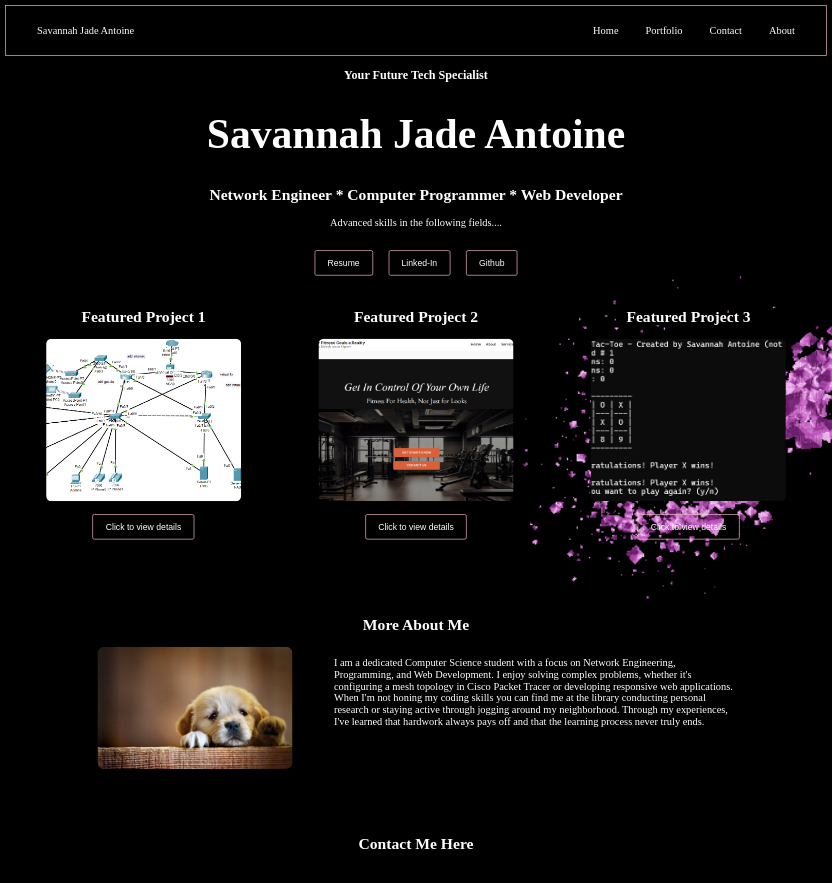
Repository: Savannah-Antoine/Savannah-Antoine
Page: index.html
These files come from the project's save history. The page is drawn as it stood at one moment and after the next save; the edit follows.
The browser window is 1280 px wide. The pictures show the whole page, at 65% of full size.

Above is the page before, as saved 2026-05-15 15:24:31.

### index.html
<!DOCTYPE html>
<html lang="en">
<head>
    <meta charset="UTF-8">
    <meta name="viewport" content="width=device-width, initial-scale=1.0">
    <link rel = "stylesheet" href = "./styles/index.css" />
    <link rel = "stylesheet" href = "./styles/globals.css" />
    <title>Savannah Jade Antoine Portfolio</title>
</head>
<body>
<header>
    <nav>
        <ul class = "homeButton">
           <li><a href = "index.html">Savannah Jade Antoine</a></li>
        </ul>
        <ul class = "navigation">
  <li><a href="index.html">Home</a></li>
  <li><a href="#PortfolioSection">Portfolio</a></li>
  <li><a href="#ContactMe">Contact</a></li>
  <li><a href="#AboutMe">About</a></li>
</ul>

</nav>
<h3>Your Future Tech Specialist</h3>
<h1> Savannah Jade Antoine</h1>
<h2>Network Engineer * Computer Programmer * Web Developer</h2>
<p> Advanced skills in the following fields....</p>
<div class = "infoButtons">
<a href = "Savannah Jade Resume (1).pdf"><button>Resume</button></a>
<a href = "www.linkedin.com/in/savannah-antoine-ab0756390"><button>Linked-In</button></a>
<button>Github</button>
</div>

</header>
<main class = "container">
<section id = "PortfolioSection" class = "project-card">

<h2>Featured Project 1</h2>
<img src = "./assets/images/Project1.png" alt = "First Portfolio placeholder image" />
<p><a href = "./pages/project-name-1.html"><button>Click to view details</button></a>
</section>


<section class = "project-card">
<h2>Featured Project 2</h2>
<img src = "./assets/images/Project2.png" alt = "Second Portfolio placeholder image" />
<p><a href = "./pages/project-name-2.html"><button>Click to view details</button></a>
</section>
<section class = "project-card">
<h2>Featured Project 3</h2>
<img src = "./assets/images/Project3.png" alt = "Third Portfolio placeholder image" />
<p><a href = "./pages/project-name-3.html"><button>Click to view details</button></a>
</section>

<section id = "AboutMe">
<h2>More About Me</h2>
<div  class = "aboutMe"> <img src = "./assets/images/profilepic.jpg" alt = "profile picture" />

<p>I am a dedicated Computer Science student with a focus on Network Engineering, Programming, and Web Development.
I enjoy solving complex problems, whether it's configuring a mesh topology in Cisco Packet Tracer or developing responsive web applications.
When I'm not honing my coding skills you can find me at the library conducting personal research or staying active through jogging around my neighborhood.
Through my experiences, I've learned that hardwork always pays off and that the learning process never truly ends.
</P>
</div>
</section>

<section id = "ContactMe">
<h2>Contact Me Here</h2>

</section>



</main>

</body>
</html>

### styles/index.css
.container{
  display: flex;
    flex-direction: column;
    align-items: center;
    gap: 2rem;
    padding: 1.2rem;

}
#AboutMe{
  text-align: center;
  justify-content: center;


}
.aboutMe{
    display: flex;
    flex-direction: column;      /* Side-by-side */
    align-items: center;
    text-align: left;       /* Vertically centers image and text */
    gap: 2rem;
}


.navigation {
    display: grid;
    grid-template-columns: repeat(2, 1fr);
    gap: 0.6rem;
    text-align: right;
}


body h1{
    font-size: 2.5rem;

}

img{
    width: 100%;
    max-width: 400px;
    height: auto;
}

@media screen and (min-width: 768px)
{




    #AboutMe img {
        width: 300px;
        border-radius: 10px;
    }
   body h1 {
        font-size: 4rem;
    }
    .container {
        flex-direction: row;
        flex-wrap: wrap;
        align-items: flex-start;
        justify-content: space-around;
    }
    .project-card {
        width: 30%;
        width:300px;
        min-width: 250px;
        text-align: center;
    }
    .project-card img{
       width: 100%;
    height: 250px;
    object-fit: cover;
    object-position: top;
    border-radius: 0.5rem;


    }


    .navigation{
        display:flex;
    }

}


@media screen and (min-width: 1000px)
{
    .container {
        margin: 0 auto;
    }
    .aboutMe {
        flex-direction: row;
        justify-content: center;
        align-items: flex-start;
        text-align: left;
        gap: 4rem;

    }
    #AboutMe
    {
        padding: 50px 10%;
        text-align: center;
        align-items:center;
        justify-content: center;
      max-width: 1000px;
    }

}

### styles/globals.css
body {
    background-color: black;
  background-image: url(/assets/images/background-pic.gif);
  background-repeat: no-repeat;
  background-size: cover;
  color: white;
  font-size: 1rem;
  text-align: center;
}



.homeButton{
  order: -1;
  list-style-type: none;
  margin: 0;
  padding: 0;
  display: flex;
  justify-content: left;

}


nav {
    display: flex;
    justify-content: space-between;
    align-items: center;
    padding: 1rem 2rem;

    border: 0.1rem solid pink;
    cursor: pointer;


}



nav ul {
    display: flex;
    list-style: none;
    gap: 1rem;
    margin: 0;
    padding: 0;
}
button {
    padding: 0.7rem 1.2rem;
    background-color: transparent;
    color: white;
    border: 0.1rem solid pink;
    cursor: pointer;
    transition: all 0.3s ease;
    border-radius: 0.2rem;
    gap: 1rem;
}
button:hover {
    background-color: pink;
    color: rgb(31, 1, 31);
    transform: translateY(-3px);
    box-shadow: 0 0.3rem 1rem rgba(255, 255, 255, 0.3);
}

.infoButtons {
    display: flex;
    justify-content: center;
    gap: 1.5rem;
    margin-top: 1.4rem;
    min-width: 100px;
    padding: 0.7rem 0.9rem;
}

li a {
  display: block;
  color: white;
  padding: 0.8rem 1rem;
  text-decoration: none;
}

ul li a:hover {
 background-color: pink;
  color: rgb(31, 1, 31);
  box-shadow: 0 0.5rem 0.9rem rgba(255, 255, 255, 0.3)
}

h1{

  font-size: 4rem;
}

After the next save:
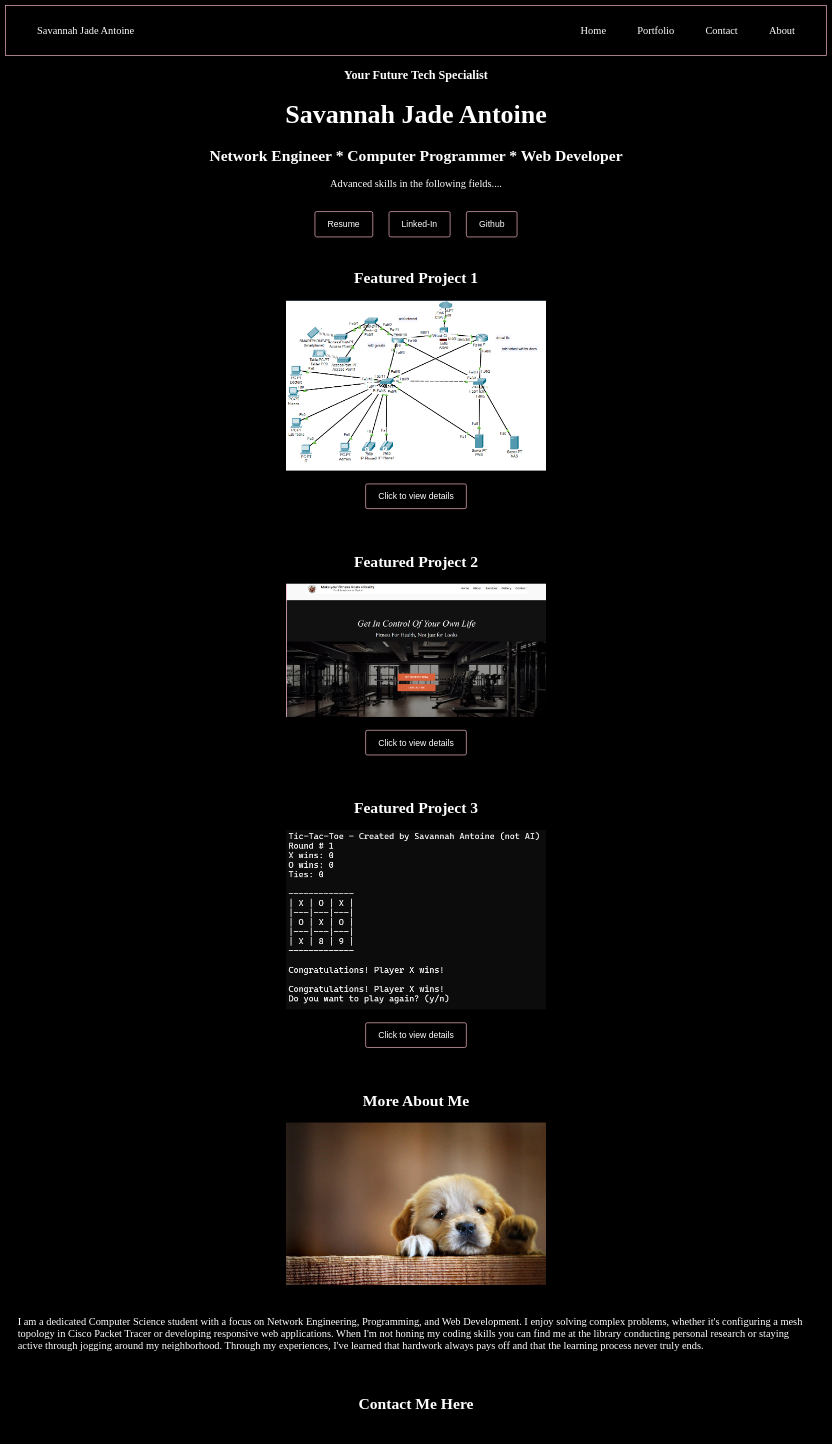
Saved 2 min 58 s later.
--- a/styles/index.css
+++ b/styles/index.css
@@ -21,12 +21,7 @@
 }
 
 
-.navigation {
-    display: grid;
-    grid-template-columns: repeat(2, 1fr);
-    gap: 0.6rem;
-    text-align: right;
-}
+
 
 
 body h1{
@@ -39,70 +34,3 @@ img{
     max-width: 400px;
     height: auto;
 }
-
-@media screen and (min-width: 768px)
-{
-
-
-
-
-    #AboutMe img {
-        width: 300px;
-        border-radius: 10px;
-    }
-   body h1 {
-        font-size: 4rem;
-    }
-    .container {
-        flex-direction: row;
-        flex-wrap: wrap;
-        align-items: flex-start;
-        justify-content: space-around;
-    }
-    .project-card {
-        width: 30%;
-        width:300px;
-        min-width: 250px;
-        text-align: center;
-    }
-    .project-card img{
-       width: 100%;
-    height: 250px;
-    object-fit: cover;
-    object-position: top;
-    border-radius: 0.5rem;
-
-
-    }
-
-
-    .navigation{
-        display:flex;
-    }
-
-}
-
-
-@media screen and (min-width: 1000px)
-{
-    .container {
-        margin: 0 auto;
-    }
-    .aboutMe {
-        flex-direction: row;
-        justify-content: center;
-        align-items: flex-start;
-        text-align: left;
-        gap: 4rem;
-
-    }
-    #AboutMe
-    {
-        padding: 50px 10%;
-        text-align: center;
-        align-items:center;
-        justify-content: center;
-      max-width: 1000px;
-    }
-
-}
